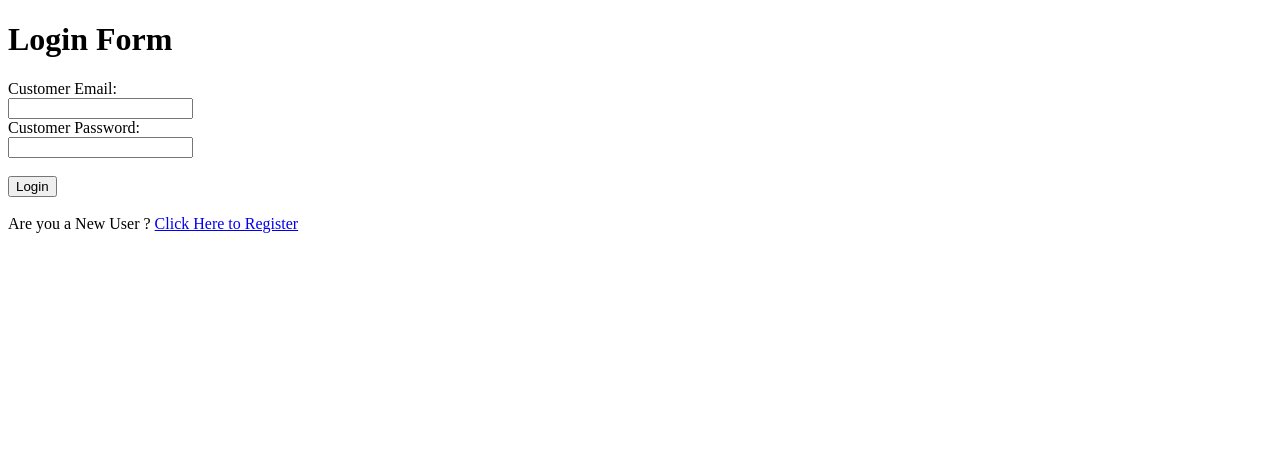
Repository: sach7691/original-book-store
Page: http://localhost/online-book-store-application/login.jsp
These files come from the project's save history. The page is drawn as it stood at one moment and after the next save; the edit follows.
The browser window is 1280 px wide. The pictures show the whole page.
The page is served by Tomcat 9. Other server files are loaded and not shown.

Above is the page before, as saved 2022-08-25 17:19:07.

### online-book-store-application/src/main/webapp/login.jsp
<%@ page language="java" contentType="text/html; charset=ISO-8859-1"
	pageEncoding="ISO-8859-1"%>
<%@ taglib uri="http://java.sun.com/jsp/jstl/core" prefix="c"%>
<!DOCTYPE html>
<html>
<head>
<meta charset="ISO-8859-1">
<title>Login Page</title>
</head>
<body>
<%
  response.setHeader("Cache-Control", "no-cache,no-store,must-revalidate");
  response.setHeader("Pragma","no-cache"); //HTTP 1.0
  response.setDateHeader ("Expires", 0);

%>
	<h1>Login Form</h1>
	<form
		action="http://localhost:8080/online-book-store-application/LoginCustomerServlet" method="POST">
		<label for="customerEmail">Customer Email:</label><br> <input
			type="text" id="customerEmail" name="customerEmail"><br>
		<label for="customerpassword">Customer Password:</label><br> <input
			type="password" id="customerpassword" name="customerpassword"><br>
		<br> <input type="submit" value="Login">
	</form>
	</br>
	<label>Are you a New User ? </label>
	<a href="index.jsp">Click Here to Register</a>

</body>
</html>

After the next save:
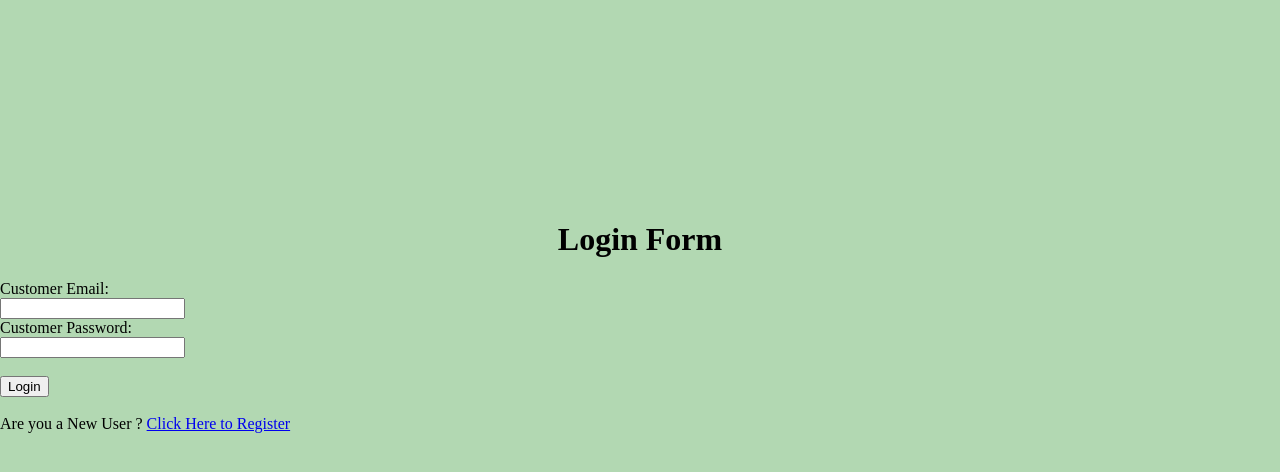
Saved 7 min 27 s later.
--- a/online-book-store-application/src/main/webapp/login.jsp
+++ b/online-book-store-application/src/main/webapp/login.jsp
@@ -6,6 +6,54 @@
 <head>
 <meta charset="ISO-8859-1">
 <title>Login Page</title>
+<head>
+<meta charset="ISO-8859-1">
+<title>Welcome Page</title>
+<meta name="viewport" content="width=device-width, initial-scale=1.0">
+<style>
+body {margin: 0;
+ background: rgba(0, 128, 0, 0.3);}
+
+ h1{
+ text-align: center;
+  padding-top: 200px;
+
+ }
+ letter {
+   color: #ea503f;
+   font-family: Arial;
+ }
+
+ul.topnav {
+  list-style-type: none;
+  margin: 0;
+  padding: 0;
+  overflow: hidden;
+  background-color: #333;
+}
+
+ul.topnav li {float: left;}
+
+ul.topnav li a {
+  display: block;
+  color: white;
+  text-align: center;
+  padding: 14px 16px;
+  text-decoration: none;
+}
+
+ul.topnav li a:hover:not(.active) {background-color: #111;}
+
+ul.topnav li a.active {background-color: #04AA6D;}
+
+ul.topnav li.right {float: right;}
+
+@media screen and (max-width: 600px) {
+  ul.topnav li.right,
+  ul.topnav li {float: none;}
+}
+</style>
+</head>
 </head>
 <body>
 <%
